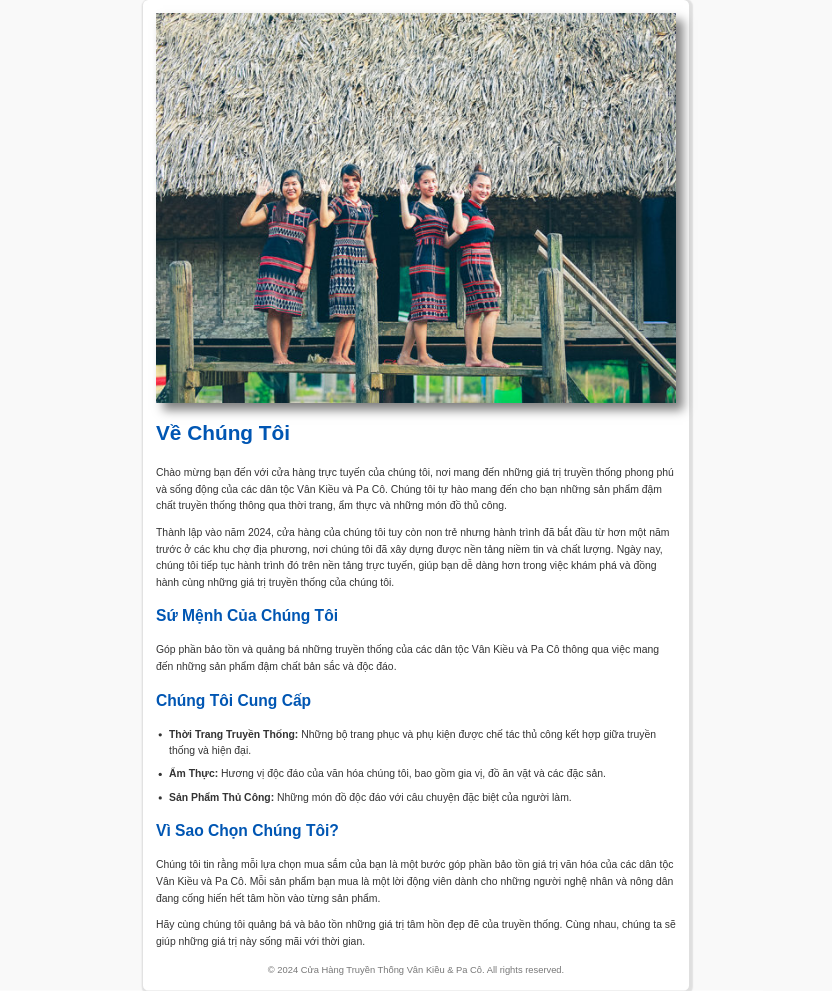
Repository: DangVai/LocalProduct
Page: http://localhost/LocalProduct/Views/frontend/aboutus.php
These files come from the project's save history. The page is drawn as it stood at one moment and after the next save; the edit follows.
The browser window is 1280 px wide. The pictures show the whole page, at 65% of full size.
The page is run by PHP 8.4 with error messages shown; the project is at /var/www/html/.

Above is the page before, as saved 2024-12-31 09:05:02.

### Views/frontend/aboutus.php
<!DOCTYPE html>
<html lang="vi">

<head>
    <meta charset="UTF-8">
    <meta name="viewport" content="width=device-width, initial-scale=1.0">
    <title>Về Chúng Tôi</title>
    <link rel="stylesheet" href="/LocalProduct/public/css/aboutus.css">
</head>

<body>
    <div class="container">
        <div class="banner">
            <img src="/LocalProduct/public/images/Paco.jpg" alt="Banner ">
        </div>
        <h1>Về Chúng Tôi</h1>
        <p>Chào mừng bạn đến với cửa hàng trực tuyến của chúng tôi, nơi mang đến những giá trị truyền thống phong phú và sống động của các dân tộc Vân Kiều và Pa Cô. Chúng tôi tự hào mang đến cho bạn những sản phẩm đậm chất truyền thống thông qua thời trang, ẩm thực và những món đồ thủ công.</p>

        <p>Thành lập vào năm 2024, cửa hàng của chúng tôi tuy còn non trẻ nhưng hành trình đã bắt đầu từ hơn một năm trước ở các khu chợ địa phương, nơi chúng tôi đã xây dựng được nền tảng niềm tin và chất lượng. Ngày nay, chúng tôi tiếp tục hành trình đó trên nền tảng trực tuyến, giúp bạn dễ dàng hơn trong việc khám phá và đồng hành cùng những giá trị truyền thống của chúng tôi.</p>

        <h2>Sứ Mệnh Của Chúng Tôi</h2>
        <p>Góp phần bảo tồn và quảng bá những truyền thống của các dân tộc Vân Kiều và Pa Cô thông qua việc mang đến những sản phẩm đậm chất bản sắc và độc đáo.</p>

        <h2>Chúng Tôi Cung Cấp</h2>
        <ul>
            <li><strong>Thời Trang Truyền Thống:</strong> Những bộ trang phục và phụ kiện được chế tác thủ công kết hợp giữa truyền thống và hiện đại.</li>
            <li><strong>Ẩm Thực:</strong> Hương vị độc đáo của văn hóa chúng tôi, bao gồm gia vị, đồ ăn vặt và các đặc sản.</li>
            <li><strong>Sản Phẩm Thủ Công:</strong> Những món đồ độc đáo với câu chuyện đặc biệt của người làm.</li>
        </ul>

        <h2>Vì Sao Chọn Chúng Tôi?</h2>
        <p>Chúng tôi tin rằng mỗi lựa chọn mua sắm của bạn là một bước góp phần bảo tồn giá trị văn hóa của các dân tộc Vân Kiều và Pa Cô. Mỗi sản phẩm bạn mua là một lời động viên dành cho những người nghệ nhân và nông dân đang cống hiến hết tâm hồn vào từng sản phẩm.</p>

        <p>Hãy cùng chúng tôi quảng bá và bảo tồn những giá trị tâm hồn đẹp đẽ của truyền thống. Cùng nhau, chúng ta sẽ giúp những giá trị này sống mãi với thời gian.</p>

        <div class="footer">&copy; 2024 Cửa Hàng Truyền Thống Vân Kiều & Pa Cô. All rights reserved.</div>
    </div>
</body>

</html>

### public/css/aboutus.css
  body {
      font-family: Arial, sans-serif;
      line-height: 1.6;
      margin: 0;
      padding: 0;
      background-color: #f9f9f9;
      color: #333;
  }

  .container {
      max-width: 800px;
      margin: 0 auto;
      padding: 20px;
      background: #fff;
      box-shadow: 2px 2px 2px 4px rgba(0, 0, 0, 0.1);
      border-radius: 8px;
  }

  .banner {
      position: relative;
      width: 100%;
      height: 600px;
      display: flex;
      justify-content: center;
      align-items: center;
  }

  .banner img {
      width: 100%;
      height: 100%;
      object-fit: cover;
      box-shadow: 10px 10px 15px rgba(0, 0, 0, 0.5);
  }

  h1,
  h2 {
      color: #0056b3;
  }

  ul {
      padding-left: 20px;
  }

  li {
      margin-bottom: 10px;
  }

  .footer {
      text-align: center;
      margin-top: 20px;
      font-size: 0.9em;
      color: #777;
  }

After the next save:
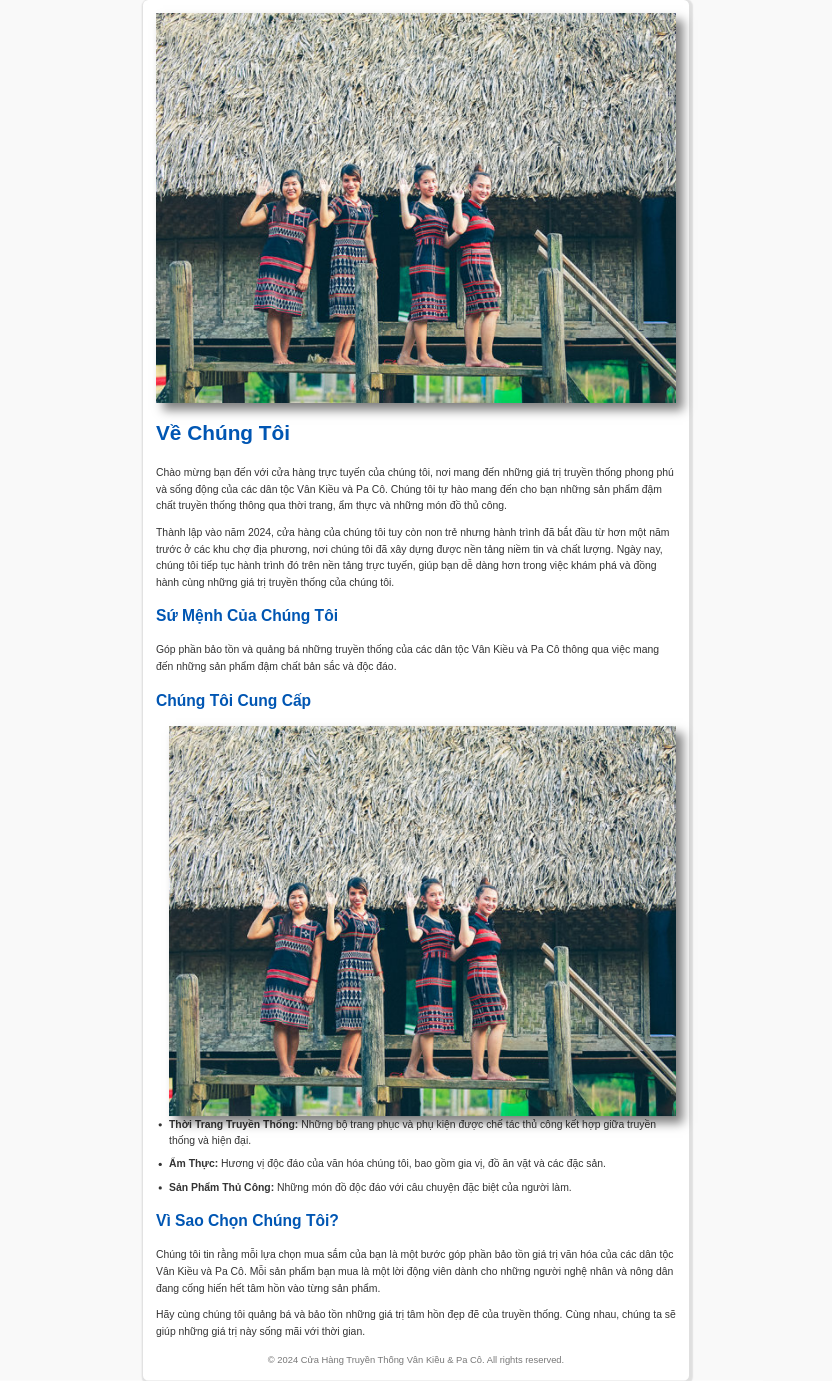
Saved 2 min 31 s later.
--- a/Views/frontend/aboutus.php
+++ b/Views/frontend/aboutus.php
@@ -23,6 +23,9 @@
 
         <h2>Chúng Tôi Cung Cấp</h2>
         <ul>
+            <div class="banner">
+                <img src="/LocalProduct/public/images/Paco.jpg" alt="Banner ">
+            </div>
             <li><strong>Thời Trang Truyền Thống:</strong> Những bộ trang phục và phụ kiện được chế tác thủ công kết hợp giữa truyền thống và hiện đại.</li>
             <li><strong>Ẩm Thực:</strong> Hương vị độc đáo của văn hóa chúng tôi, bao gồm gia vị, đồ ăn vặt và các đặc sản.</li>
             <li><strong>Sản Phẩm Thủ Công:</strong> Những món đồ độc đáo với câu chuyện đặc biệt của người làm.</li>
